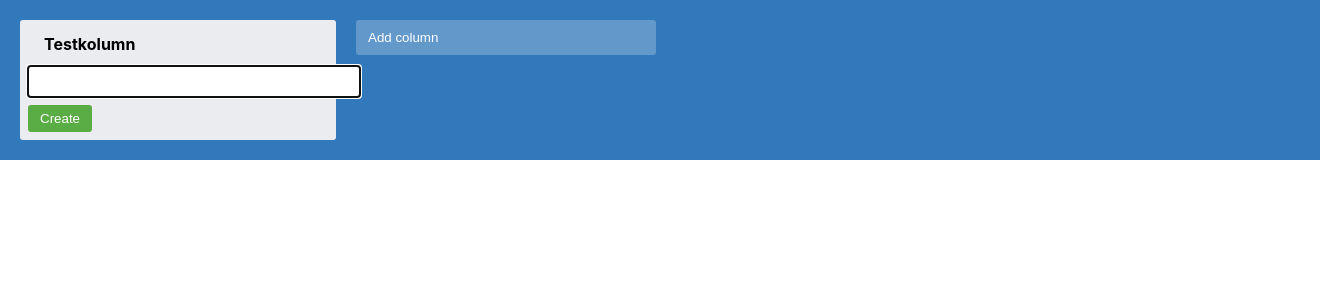
Repository: elander/grundkursen
Page: /, after clicking the first element matching `button.AddItemButton_bec5a_dark`
The author's editor kept a copy of each file at every save. The page is drawn from the files as they stood at one save, then again after a run of saves.
The browser window is 1280 px wide. The page is 1320 px wide, so the pictures cover 1320 px, including what lies to the right of the window. The pictures show the whole page.
The project was rebuilt for these pictures with package versions that can differ from the ones it lists, and the page was loaded fresh each time. Also part of the build but not shown: src/App.css.

Above is the page before, as saved 2022-04-25 13:49:57.

### src/App.tsx
import './App.css';

import { AddNewItem } from './components/AddNewItem/AddNewItem';
import { AppContainer } from './styles';
import { Card } from './components/Card/Card';
import { Column } from './components/Column/Column';
import React from 'react';

function App() {

  return (
    <AppContainer>
      <Column text='Testkolumn' >
      <Card text="Första 'riktiga' kortet" />
      <Card text="Andra kortet" />
      </Column>
      <AddNewItem
      toggleButtonText='Add column'
      onAdd={console.log}
      />
    </AppContainer>
  );
}

export default App;

### src/components/AddNewItem/AddNewItem.tsx
import { AddItemButton } from "../AddItemButton/AddItemButton";
import {NewItemForm} from "../NewItemForm/NewItemForm";
import { useState } from "react";

type AddNewItemProps = {
    onAdd(text: string): void
    toggleButtonText: string
    dark?: boolean
}

export const AddNewItem = (props: AddNewItemProps) => {
    const [showForm, setShowForm] = useState(false);
    const { onAdd, toggleButtonText, dark} = props;

    if(showForm){
        return <NewItemForm
        onAdd={(text) => {
            onAdd(text)
            setShowForm(false);
        }}
        />
    }

    return (
        <AddItemButton dark={dark}
        onClick={() => setShowForm(true)}>
            {toggleButtonText}
        </AddItemButton>
    )

}

### src/styles.ts
import styled from "styled-components";

export const AppContainer = styled.div`
align-items: flex-start;
background-color: #3179ba;
display: flex;
flex-direction: row;
height: 100%;
padding: 20px;
width: 100%;
`;

export const ColumnContainer = styled.div`
background-color: #ebecf0;
width: 300px;
min-height: 40px;
margin-right: 20px;
border-radius: 3px;
padding: 8px 8px;
flex-grow: 0;
`;

export const ColumnTitle = styled.div`
padding: 6px 16px 12px;
font-weight: bold;
`;

export const CardContainer = styled.div`
background-color: #fff;
cursor: pointer;
margin-bottom: 0.5rem;
padding: 0.5rem 1rem;
max-width: 300px;
border-radius: 3px;
box-shadow: #091e4240 0px 1px 0px 0px;
`;

export const NewItemFormContainer =
    styled.div`
    max-width: 300px;
    display: flex;
    flex-direction: column;
    width: 100%;
    align-items: flex-start;
`;

export const NewItemButton =
    styled.button`
        background-color: #5aac44;
        border-radius: 3px;
        border: none;
        box-shadow: none;
        color: #fff;
        padding: 6px 12px;
        text-align: center;
    `;
export const NewItemInput =
    styled.input`
        border-radius: 3px;
        border: none;
        box-shadow: #091e4240 0px 1px 0px 0px;
        margin-bottom: 0.5rem;
        padding: 0.5rem 1rem;
        width: 100%;
    `;

### src/components/Column/Column.tsx
import { ColumnContainer, ColumnTitle } from "../../styles";

import { AddNewItem } from "../AddNewItem/AddNewItem";
import { Card } from "../Card/Card";

type ColumnProps = {
    text: string
    children?: React.ReactNode
};

export const Column = ({text}: ColumnProps) => {
    return (
        <ColumnContainer>
      <ColumnTitle>{text}</ColumnTitle>

      <AddNewItem
      toggleButtonText="Add Card"
      onAdd={console.log}
      dark
      />
      </ColumnContainer>
    )
};

### src/components/AddItemButton/AddItemButton.tsx
import styles from './AddItemButton.module.css';

type AddItemButtonProps = {
    dark?: boolean;
    children: React.ReactNode;
    onClick: () => void;
}

export const AddItemButton = (props: AddItemButtonProps) => {
    const { dark, children } = props;
    const cssClass = dark ? styles.dark : styles.light;

    return (
        <button onClick={props.onClick}
        className={cssClass}
        >{children}</button>
    )
};

### src/components/NewItemForm/NewItemForm.tsx
import { NewItemButton, NewItemFormContainer, NewItemInput } from "../../styles";
import React, { useState } from "react";

import { useFocus } from "../../utils/useFocus";

type NewItemFormProps = {
    onAdd(text: string): void
};

export const NewItemForm = ({onAdd}: NewItemFormProps) => {
    const inputRef = useFocus();
    const [text, setText] = useState("");

    const handleAddText = (
        event: React.KeyboardEvent<HTMLInputElement>) => {
            if(event.key === "Enter") {
                onAdd(text);
            }
        }

    return (
        <NewItemFormContainer>
            <NewItemInput
            ref={inputRef}
            value={text}
            onKeyPress = {handleAddText}
            onChange={e => setText(e.target.value)}
            />
            <NewItemButton
            onClick={() => {onAdd(text)}}
            >
                Create
            </NewItemButton>
        </NewItemFormContainer>
    )


}

### src/components/AddItemButton/AddItemButton.module.css
.light {
    background-color: #ffffff3d;
    border-radius: 3px;
    border: none;
    color: #fff;
    cursor: pointer;
    max-width: 300px;
    padding: 10px 12px;
    text-align: left;
    transition: background 85ms ease-in;
    width: 100%;
}

.dark {background-color: #ffffff3d;
    border-radius: 3px;
    border: none;
    color: #000;
    cursor: pointer;
    max-width: 300px;
    padding: 10px 12px;
    text-align: left;
    transition: background 85ms ease-in;
    width: 100%;
}
.light:hover {
    background-color: #ffffff52;
}

### src/utils/useFocus.ts
import { useEffect, useRef } from "react";

export const useFocus = () => {
    const ref = useRef<HTMLInputElement>(null);

    useEffect(()=>{
        ref.current?.focus();
    }, []);
    return ref;
};

### src/components/Card/Card.tsx
import { CardContainer } from "../../styles";

type CardProps = {
    text: string
}

export const Card = ({text}: CardProps) => {
    return <CardContainer>{text}</CardContainer>
}

Loaded but not shown: public/index.html (common file); src/index.tsx (common file); src/index.css (common file); src/reportWebVitals.ts (common file)

After the next 2 saves:
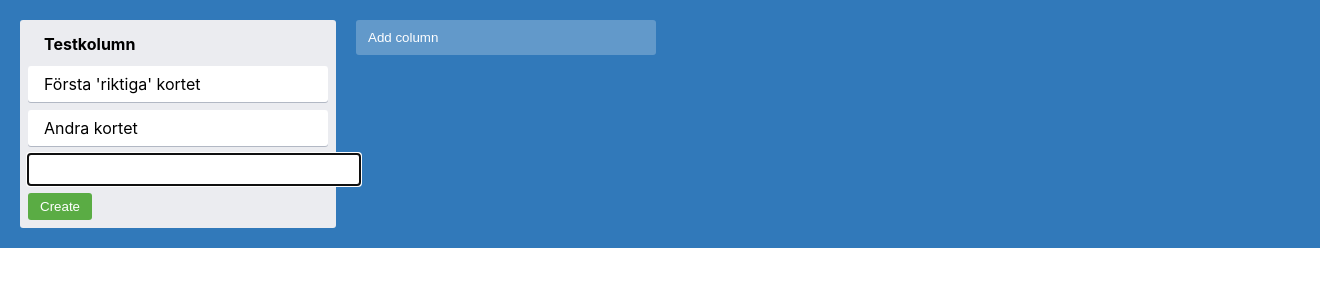
The 2 saves are shown as one change because 1 did not build or start.
The last was saved 32 s later.
--- a/src/components/Column/Column.tsx
+++ b/src/components/Column/Column.tsx
@@ -8,11 +8,11 @@ type ColumnProps = {
     children?: React.ReactNode
 };
 
-export const Column = ({text}: ColumnProps) => {
+export const Column = ({text, children}: ColumnProps) => {
     return (
         <ColumnContainer>
       <ColumnTitle>{text}</ColumnTitle>
-
+      {children}
       <AddNewItem
       toggleButtonText="Add Card"
       onAdd={console.log}
